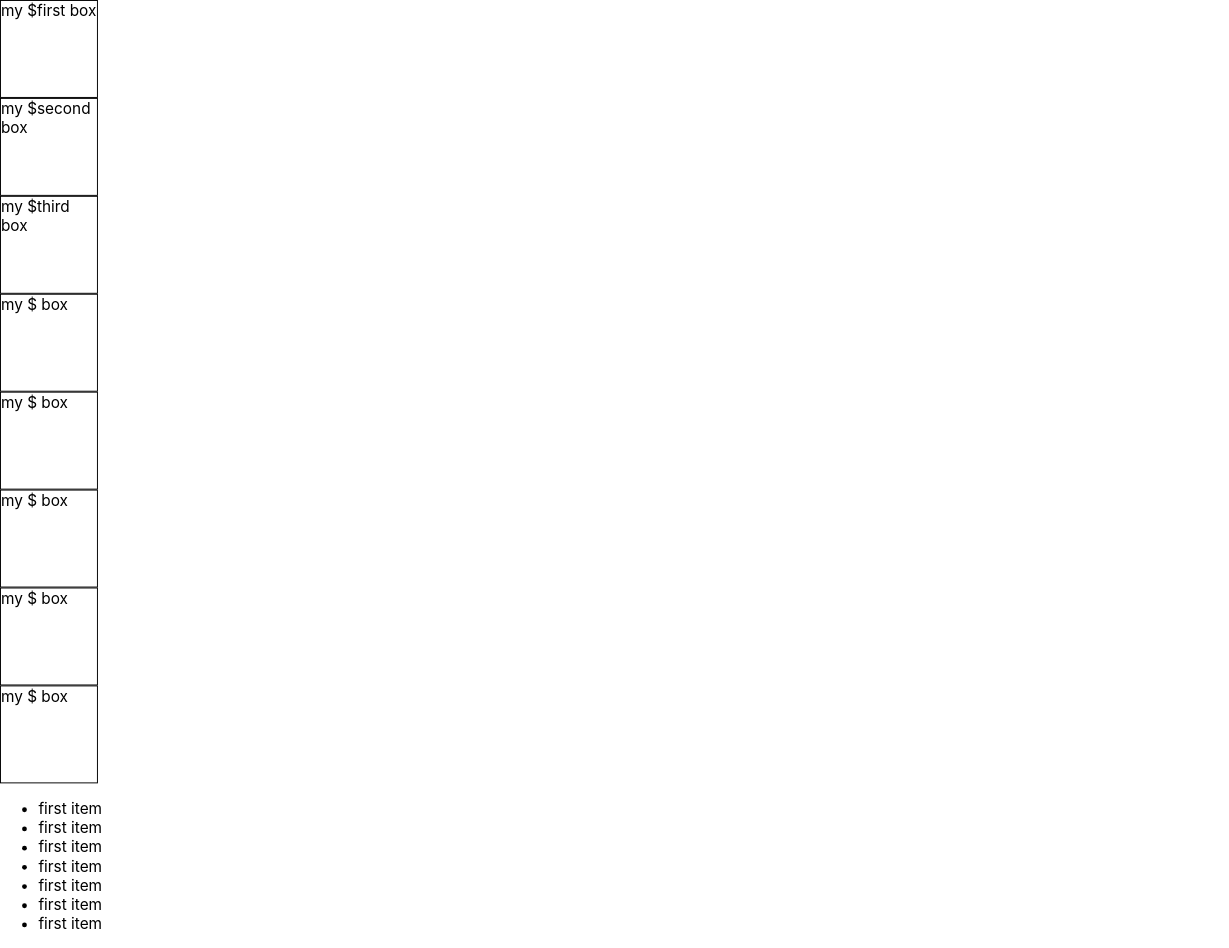
Repository: tts2610/React-Intro
Page: /
The author's editor kept a copy of each file at every save. The page is drawn from the files as they stood at one save, then again after the next save.
The browser window is 1280 px wide. The pictures show the whole page, at 96% of full size.
The project was rebuilt for these pictures with package versions that can differ from the ones it lists, and the page was loaded fresh each time.

Above is the page before, as saved 2020-05-25 11:30:57.

### src/App.js
import React from 'react';
import './App.css';
import Box from './components/Box';
import List from './components/List';

function App() {
  return (
    <div>
      <Box name="first"/>
      <Box name="second"/>
      <Box name="third"/>
      <Box/>
      <Box/>
      <Box/>
      <Box/>
      <Box/>

      <ul>
        <List/>
        <List/>
        <List/>
        <List/>
        <List/>
        <List/>
        <List/>
      </ul>
    </div>
  );
}

export default App;

### src/App.css
.App {
    text-align: center;
}

.App-logo {
    height: 40vmin;
    pointer-events: none;
}

@media (prefers-reduced-motion: no-preference) {
    .App-logo {
        animation: App-logo-spin infinite 20s linear;
    }
}

.App-header {
    background-color: #282c34;
    min-height: 100vh;
    display: flex;
    flex-direction: column;
    align-items: center;
    justify-content: center;
    font-size: calc(10px + 2vmin);
    color: white;
}

.App-link {
    color: #61dafb;
}

@keyframes App-logo-spin {
    from {
        transform: rotate(0deg);
    }
    to {
        transform: rotate(360deg);
    }
}

.box {
    width: 100px;
    height: 100px;
    border: 1px solid;
}

### src/components/Box.js
import React from 'react'

export default function Box(props) {
    return (
        <div className="box">
            my ${props.name} box
        </div>
    )
}

### src/components/List.js
import React from 'react'

export default function List() {
    return (

            <li>
                first item
            </li>


    )
}

Loaded but not shown: public/index.html (common file); src/index.js (common file); src/index.css (common file); src/serviceWorker.js (common file)

After the next save:
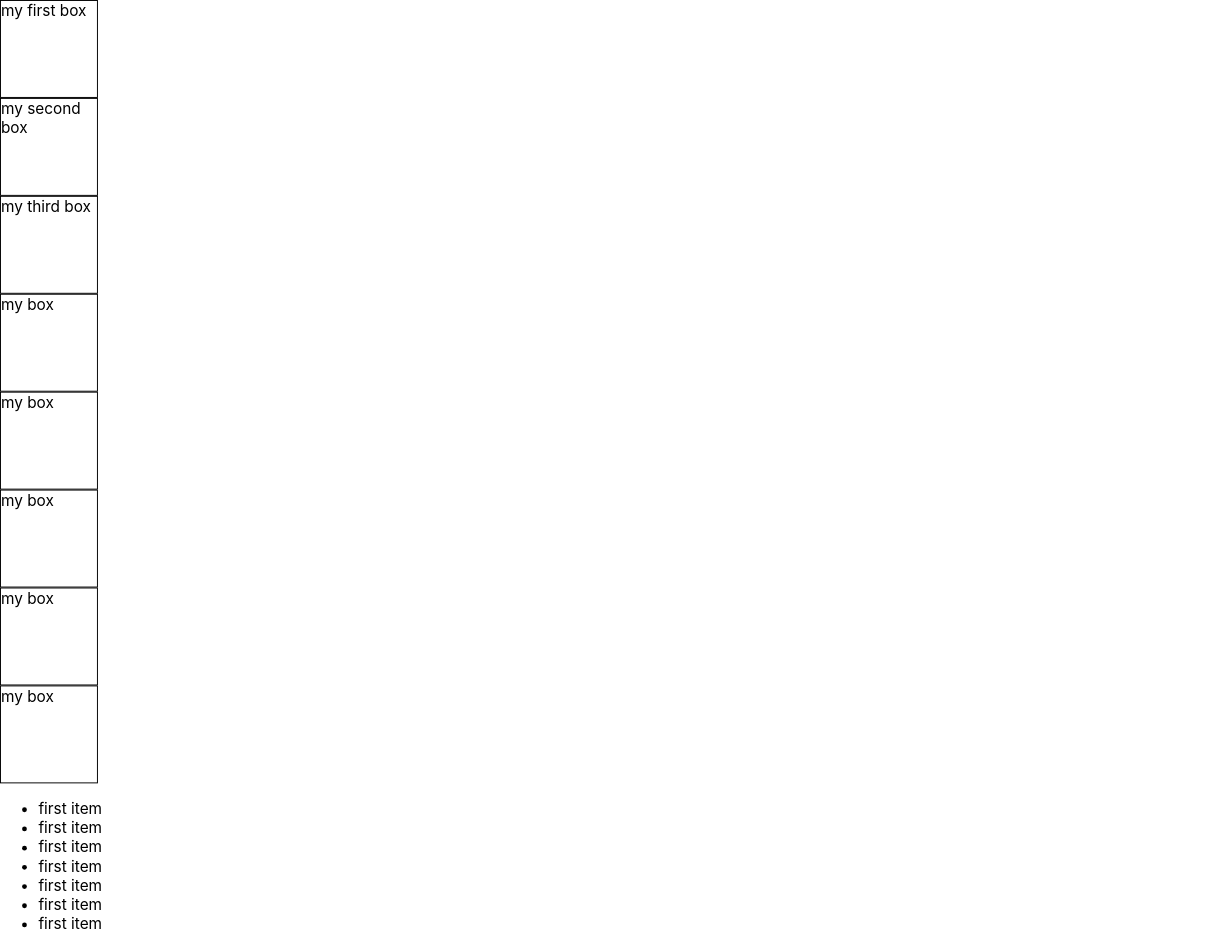
Saved 9 s later.
--- a/src/components/Box.js
+++ b/src/components/Box.js
@@ -3,7 +3,7 @@ import React from 'react'
 export default function Box(props) {
     return (
         <div className="box">
-            my ${props.name} box
+            my {props.name} box
         </div>
     )
 }
